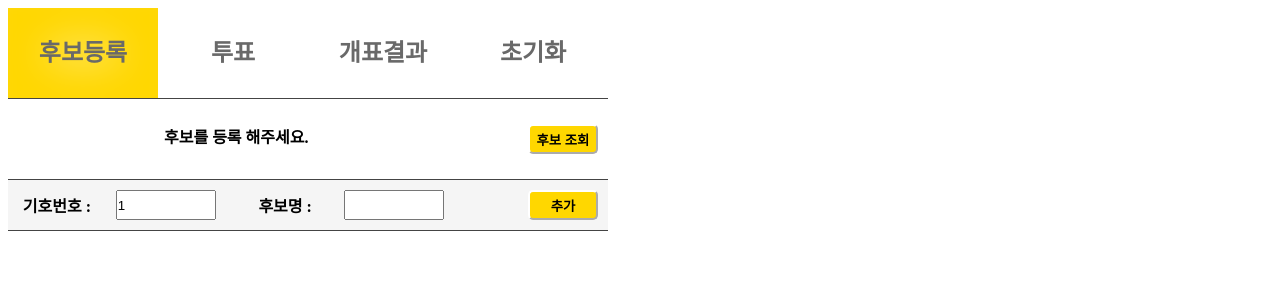
Repository: noheul1030/KOPO-HTML
Page: http://localhost/Tupyo/Tupyo/A_01_H.jsp
The author's editor kept a copy of each file at every save. The page is drawn from the files as they stood at one save, then again after the next save.
The browser window is 1280 px wide. The pictures show the whole page.
The page is served by Tomcat 9. Queries for data that is not in the repository find no rows.

Above is the page before, as saved 2023-06-04 10:40:08.

After the next save:
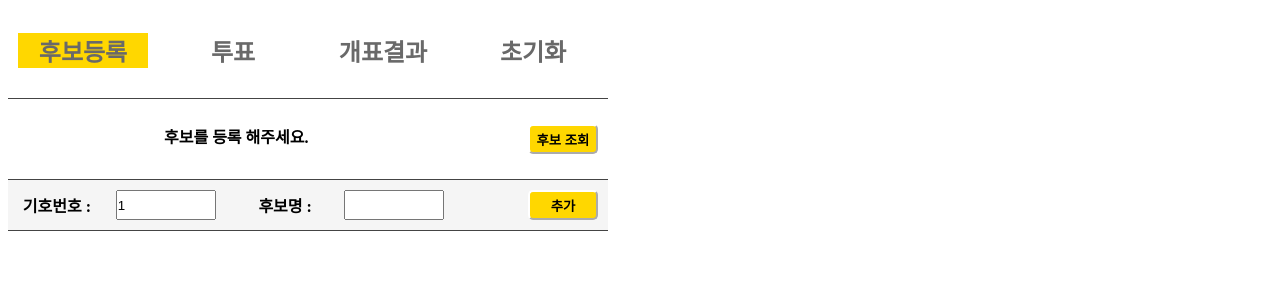
Saved 26 s later.
--- a/Tupyo/src/main/webapp/Tupyo/A_01_H.jsp
+++ b/Tupyo/src/main/webapp/Tupyo/A_01_H.jsp
@@ -100,7 +100,7 @@
 %>
 	  	<table>
     		<tr>
-    			<td class="check" width = 25%><a align = center id="update" href="A_01_H.jsp" target="content"><h2>후보등록</h2></a></td>
+    			<td width = 25%><a align = center id="update" href="A_01_H.jsp" target="content"><h2  class="check">후보등록</h2></a></td>
     			<td width = 25%><a align = center id="vote" href="B_01_H.jsp" target="content"><h2>투표</h2></a></td>
     			<td width = 25%><a align = center id="result" href="C_01_H.jsp" target="content"><h2>개표결과</h2></a></td>
     			<td width = 25%><a align = center id="result" href="D_01_H.jsp" target="content"><h2>초기화</h2></a></td>
